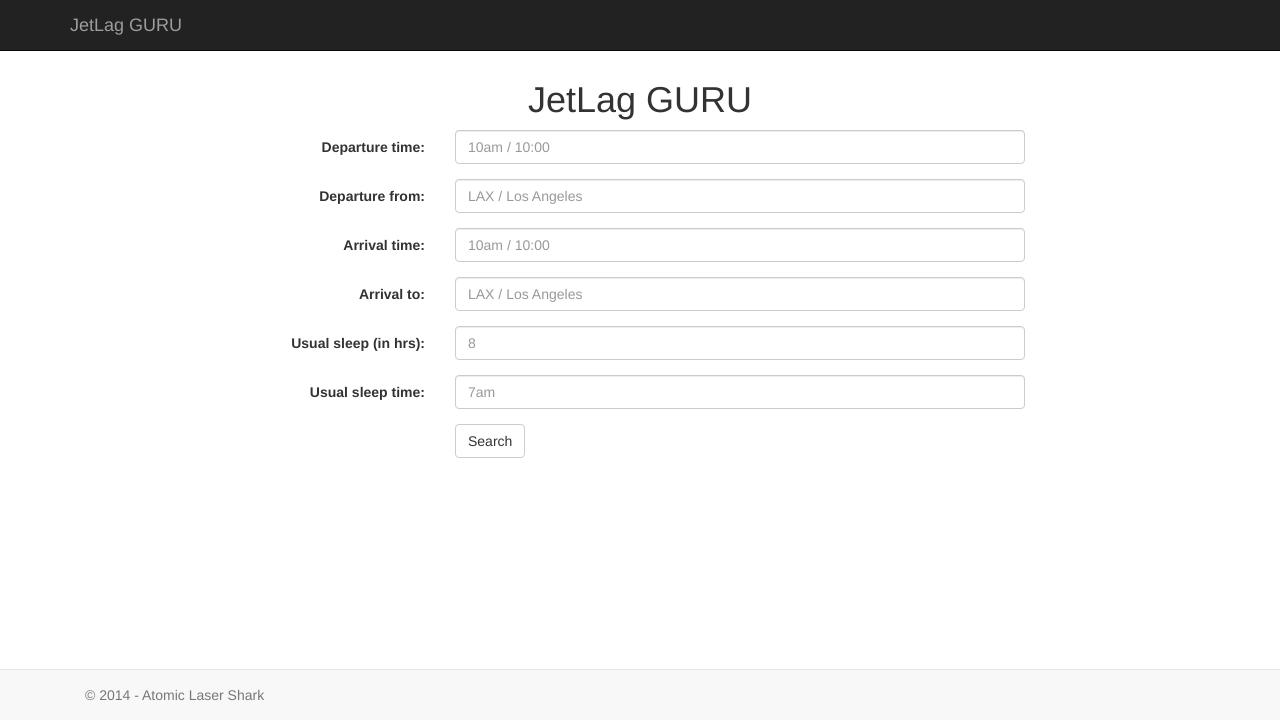
Repository: CzechHackathon2014/jetlag-guru
Page: client/index.html
The author's editor kept a record of every edit. The page is drawn from the files as they stood at one moment, then again after the next edit.
The browser window is 1280 px wide. The pictures show the whole page.

Above is the page before.

### client/index.html
<!doctype html>
<html lang="en" ng-app>
  <head>
    <title>JetLag GURU</title>
    <meta name="viewport" content="width=device-width, initial-scale=1.0">
    <link rel="stylesheet" href="https://maxcdn.bootstrapcdn.com/bootstrap/3.3.0/css/bootstrap.min.css">
    <!--<link rel="stylesheet" href="/css/bootstrap.min.css">-->
    <!--<link rel="stylesheet" href="/css/bootstrap-responsive.min.css">-->
    <link rel="stylesheet" href="/css/index.css">
    <style>
      body {
        padding-top: 60px;
      }
    </style>
  </head>
  <body>
    <div class="navbar navbar-inverse navbar-fixed-top" role="navigation">
        <div class="container">
            <div class="navbar-header">
                <a class="navbar-brand" href="#">JetLag GURU</a>
            </div>
        </div>
    </div>
    <div class="container">
      <h1 class="centered">JetLag GURU</h1>
      <form class="form-horizontal">
        <div class="row">
          <div class="form-group">
            <label class="control-label col-md-4" for="departureTime">Departure time:</label>
            <div class="col-md-6">
              <input type="text" class="form-control" id="departureTime" placeholder="10am / 10:00">
            </div>
          </div>
          <div class="form-group">
            <label class="control-label col-md-4" for="departureFrom">Departure from:</label>
            <div class="col-md-6">
              <input class="form-control airportInput typeahead" type="text" class="form-control" id="departureFrom" placeholder="LAX / Los Angeles">
            </div>
          </div>
          <div class="form-group">
            <label class="control-label col-md-4" for="arrivalTime">Arrival time:</label>
            <div class="col-md-6">
              <input type="text" class="form-control" id="arrivalTime" placeholder="10am / 10:00">
            </div>
          </div>
          <div class="form-group">
            <label class="control-label col-md-4" for="arrivalTo">Arrival to:</label>
            <div class="col-md-6">
              <input class="form-control airportInput typeahead" type="text" class="form-control" id="arrivalTo" placeholder="LAX / Los Angeles">
            </div>
          </div>
          <div class="form-group">
            <label class="control-label col-md-4" for="usualSleepLength">Usual sleep (in hrs):</label>
            <div class="col-md-6">
              <input type="text" class="form-control" id="sleepLength" placeholder="8">
            </div>
          </div>
          <div class="form-group">
            <label class="control-label col-md-4" for="usualSleepTime">Usual sleep time:</label>
            <div class="col-md-6">
              <input type="text" class="form-control" id="sleepTime" placeholder="7am">
            </div>
          </div>
        </div>
        <div class="row">
          <div class="form-group">
            <label class="control-label col-md-4"></label>
            <div class="col-md-6">
              <button id="btnSearch" type="submit" class="btn btn-default">Search</button>
            </div>
          </div>
        </div>
      </form>
      <div id="schedule" class="row">
        <!--response goes here-->



      </div>
    </div>
    <div id="footer" class="navbar navbar-default navbar-fixed-bottom">
        <div class="container">
            <p class="muted credit navbar-text">&copy; 2014 - Atomic Laser Shark</p>
        </div>
    </div>
    <script src="/js/jquery.min.js"></script>
    <!--<script src="/js/bootstrap.min.js"></script>-->
    <script src="https://maxcdn.bootstrapcdn.com/bootstrap/3.3.0/js/bootstrap.min.js"></script>
    <script src="/js/angular.min.js"></script>
    <script src="/js/typeahead.bundle.min.js"></script>
    <script src="/js/index.js"></script>
    <script src="/js/airportAutocomplete.js"></script>
    <script src="/js/chart.js"></script>
  </body>
</html>

### client/css/index.css
/*.form-group{*/
/*    padding-bottom:5px;*/
/*}*/

.jumbotron h1 {
    text-align: center;
}

.centered{
    text-align: center;
}

.typeahead{
    z-index: inherit;
}

.twitter-typeahead{
    width:100%;
}

/*.tt-query,*/
/*.tt-hint {*/
/*    width: 396px;*/
/*    height: 30px;*/
/*    padding: 8px 12px;*/
/*    font-size: 24px;*/
/*    line-height: 30px;*/
/*    border: 2px solid #ccc;*/
/*    border-radius: 8px;*/
/*    outline: none;*/
/*}*/

/*.tt-query {*/
/*    box-shadow: inset 0 1px 1px rgba(0, 0, 0, 0.075);*/
/*}*/

/*.tt-hint {*/
/*    color: #999*/
/*}*/

/*.tt-dropdown-menu {*/
/*    width: 422px;*/
/*    margin-top: 12px;*/
/*    padding: 8px 0;*/
/*    background-color: #fff;*/
/*    border: 1px solid #ccc;*/
/*    border: 1px solid rgba(0, 0, 0, 0.2);*/
/*    border-radius: 8px;*/
/*    box-shadow: 0 5px 10px rgba(0,0,0,.2);*/
/*}*/

/*.tt-suggestion {*/
/*    padding: 3px 20px;*/
/*    font-size: 18px;*/
/*    line-height: 24px;*/
/*}*/

/*.tt-suggestion.tt-is-under-cursor {*/
/*    color: #fff;*/
/*    background-color: #0097cf;*/

/*}*/

/*.tt-suggestion p {*/
/*    margin: 0;*/
/*}*/



span.twitter-typeahead .tt-dropdown-menu {
  position: absolute;
  top: 100%;
  left: 0;
  z-index: 1000;
  display: none;
  float: left;
  min-width: 160px;
  padding: 5px 0;
  margin: 2px 0 0;
  list-style: none;
  font-size: 14px;
  text-align: left;
  background-color: #ffffff;
  border: 1px solid #cccccc;
  border: 1px solid rgba(0, 0, 0, 0.15);
  border-radius: 4px;
  -webkit-box-shadow: 0 6px 12px rgba(0, 0, 0, 0.175);
  box-shadow: 0 6px 12px rgba(0, 0, 0, 0.175);
  background-clip: padding-box;
}
span.twitter-typeahead .tt-suggestion > p {
  display: block;
  padding: 3px 20px;
  clear: both;
  font-weight: normal;
  line-height: 1.42857143;
  color: #333333;
  white-space: nowrap;
}
span.twitter-typeahead .tt-suggestion > p:hover,
span.twitter-typeahead .tt-suggestion > p:focus {
  color: #ffffff;
  text-decoration: none;
  outline: 0;
  background-color: #428bca;
}
span.twitter-typeahead .tt-suggestion.tt-cursor {
  color: #ffffff;
  background-color: #428bca;
}
span.twitter-typeahead {
  width: 100%;
}
.input-group span.twitter-typeahead {
  display: block !important;
}
.input-group span.twitter-typeahead .tt-dropdown-menu {
  top: 32px !important;
}
.input-group.input-group-lg span.twitter-typeahead .tt-dropdown-menu {
  top: 44px !important;
}
.input-group.input-group-sm span.twitter-typeahead .tt-dropdown-menu {
  top: 28px !important;
}

### client/js/index.js
$(function () {

    $('#btnSearch').on("click",function (e) {

        var departureTime = $("#departureTime").val();
        var departureFrom = $("#departureFrom").val();
        var arrivalTime = $("#arrivalTime").val();
        var arrivalTo = $("#arrivalTo").val();

        loadSchedule(departureTime, departureFrom, arrivalTime, arrivalTo);
    });

    function loadSchedule(departureTime, departureFrom, arrivalTime, arrivalTo) {

        var query = {departureTime:departureTime, departureFrom:departureFrom, arrivalTime:arrivalTime, arrivalTo:arrivalTo};

        $("#schedule").html("");

        $.get("calculateSchedule", query
        ).success(function (data, textStatus) {

            // $.each(data, function(idx, obj) {

	           // var text = obj.text;


            // });


            $("#schedule").html(drawChart(data));

        }).error(function (data, textStatus) {
            alert("error");

        });
    };
});

### client/js/airportAutocomplete.js
$(function () {

// Instantiate the Bloodhound suggestion engine
var airports = new Bloodhound({
    datumTokenizer: function(d) {
        return Bloodhound.tokenizers.whitespace(d.val);
    },
    queryTokenizer: Bloodhound.tokenizers.whitespace,
    remote: {
        url: '/airportSearch?search=%QUERY',
        filter: function (res) {
            // Map the remote source JSON array to a JavaScript array
            return $.map(res.results, function (singleRes) {
                var i=0;
                return {
                    value: singleRes.Name
                };
            });
        }
    }
});

// Initialize the Bloodhound suggestion engine
airports.initialize();

// Instantiate the Typeahead UI
$('.typeahead').typeahead(null, {
    displayKey: 'value',
    source: airports.ttAdapter()
});

});

### client/js/chart.js

function drawChart(data) {
    var result;
    for (var j = 0; j < data.solutions.length; j++) {
        var table = "<table>";

        for (var i = 0; i < data.solutions[j].days.length; i++) {
            for (var k = 0; k < data.solutions[j].days[i].hours.length; k++) {
                addRow(data.solutions[j].days[i].hours[k], data.tz_diff);
            }
        }

        table += "</table>";
        result += table;
    }
    return result;
}

function addRow(line, shift) {
    return "<tr>" +
        flightCell(line) +
        departureZoneCell(line) +
        awakeCell(line) +
        arrivalZoneCell(line, shift) +
        noteCell(line) +
        travelerClockCell(line) +
        sunCell(line) +
        earlyLateCell(line) +
        adviceCell(line) +
        "</tr>";
}

function departureZoneCell(line) {
    return time(line.hour_number);
}

function awakeCell(line) {
    if (line.nee) {
        return cell("awake", "NTBA");
    }
    else {
        return emptyCell();
    }
}

function arrivalZoneCell(line, shift) {
    var arrivalHour = line.hour + shift;
    arrivalHour %= 24;
    return time(arrivalHour, line.arr_tz_night);
}

function time(hour, isNight) {
    return cell("time" + isNight ? " night" : "", ("00" + hour).slice(-2) + ":00");
}

function noteCell(line) {
    if (line.note) {
        return cell("note", line.note);
    }
    else {
        return emptyCell();
    }
}

function earlyLateCell(line) {
    if (line.earlyLate) {
        return cell("early-late", line.earlyLate);
    }
    else {
        return emptyCell();
    }
}

function sunCell(line) {
    if (line.sun) {
        return cell("sun", line.sun);
    }
    else {
        return emptyCell();
    }
}

function travelerClockCell(line) {
    if (line.travelerClock) {
        return cell("flight", "Flight");
    }
    else {
        return emptyCell();
    }
}

function adviceCell(line) {
    if (line.advice) {
        return cell("advice", line.advice);
    }
    else {
        return emptyCell();
    }
}

function flightCell(line) {
    if (line.flight) {
        return cell("flight", "Flight");
    }
    else {
        return emptyCell();
    }
}

function emptyCell() {
    return cell("empty", "&nbsp;");
}

function cell(cls, text) {
    return "<td class='" + cls + "'>" + text + "</td>";
}

Loaded but not shown: client/js/jquery.min.js (library); client/js/angular.min.js (library); client/js/typeahead.bundle.min.js (library)

After the next edit:
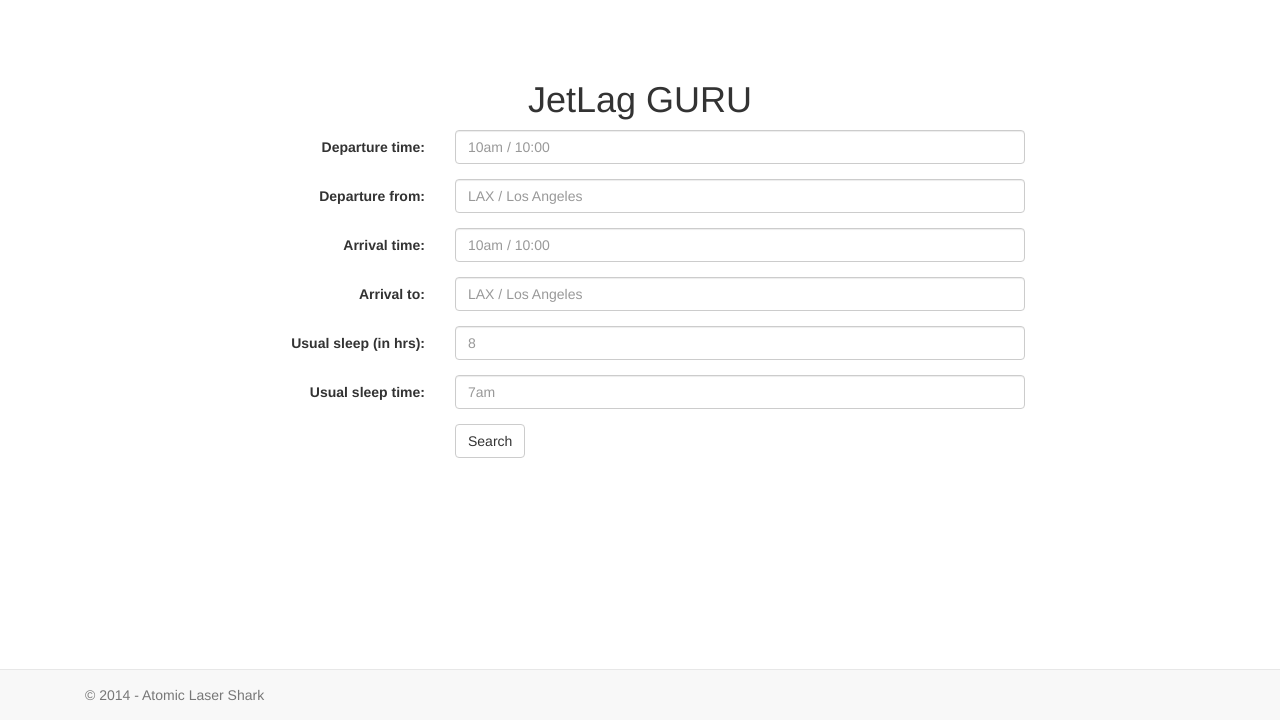
The edit:
--- a/client/index.html
+++ b/client/index.html
@@ -14,13 +14,13 @@
     </style>
   </head>
   <body>
-    <div class="navbar navbar-inverse navbar-fixed-top" role="navigation">
-        <div class="container">
-            <div class="navbar-header">
-                <a class="navbar-brand" href="#">JetLag GURU</a>
-            </div>
-        </div>
-    </div>
+    <!--<div class="navbar navbar-inverse navbar-fixed-top" role="navigation">-->
+    <!--    <div class="container">-->
+    <!--        <div class="navbar-header">-->
+    <!--            <a class="navbar-brand" href="#">JetLag GURU</a>-->
+    <!--        </div>-->
+    <!--    </div>-->
+    <!--</div>-->
     <div class="container">
       <h1 class="centered">JetLag GURU</h1>
       <form class="form-horizontal">
